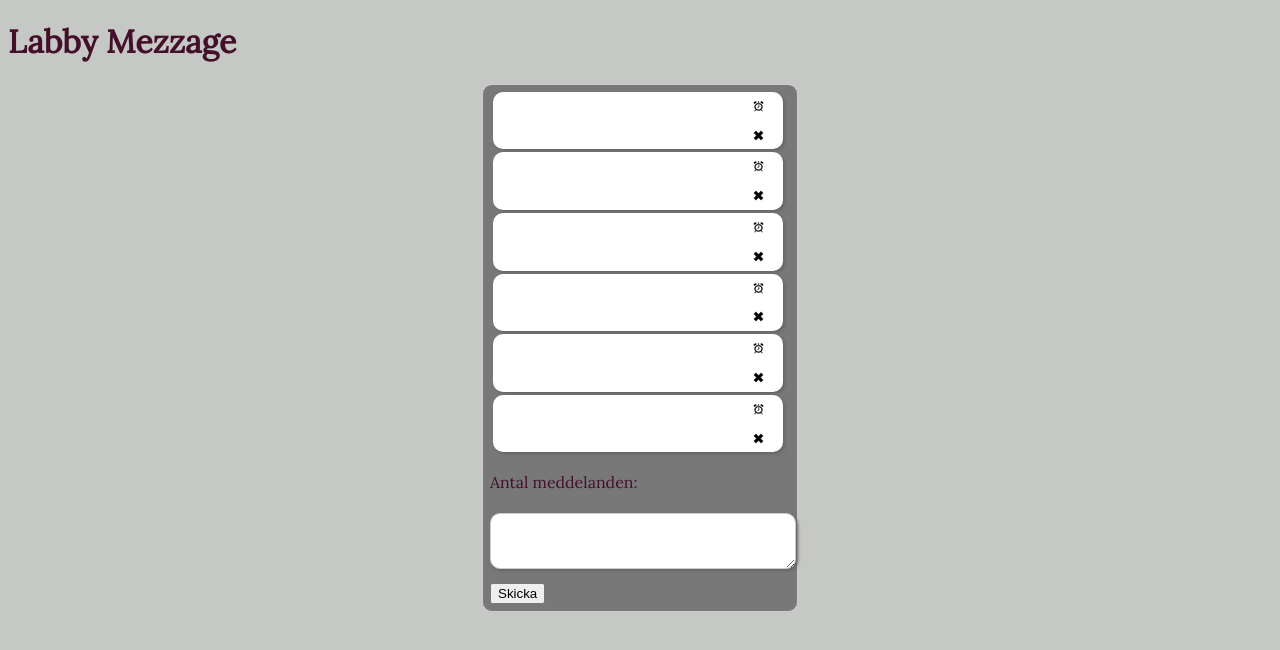
Repository: Angamanga/1dv403-laborationer
Page: 2-labbymezzage/index.html
The author's editor kept a record of every edit. The page is drawn from the files as they stood at one moment, then again after the next edit.
The browser window is 1280 px wide. The pictures show the whole page.

Above is the page before.
Console error: TypeError: Cannot read properties of null (reading 'addEventListener')

### 2-labbymezzage/index.html
<!doctype html>
<html lang="sv">

<head>
    <meta charset="utf-8" />
    <title>Anna I:s sajt</title>
    <link href='//fonts.googleapis.com/css?family=Lora|Open+Sans+Condensed:300|Amatic+SC' rel='stylesheet' type='text/css'>
    <link rel="stylesheet" media="screen and (min-width:501px)" href="css/style.css">
    <link rel="stylesheet" media="screen and (max-width:500px)" href="css/mobile.css">
    <meta name="viewport" content="width=device-width, minimum-scale=1">

   <script src="js/message.js"></script>
    <script src="js/script.js"></script>
    <title>Webbteknik 1, Laboration 2</title>
</head>

<body>


        <header>
            <h1>Labby Mezzage</h1>
        </header>
        <main>


            <div class="container">

             <div class ="messages">
                <img src="pics/14.png" alt="tid"></img>
                <img src="pics/12.png" alt="radera meddelande"></img>
             </div>
              <div class ="messages">
                <img src="pics/14.png" alt="tid"></img>
                <img src="pics/12.png" alt="radera meddelande"></img>
             </div>
               <div class ="messages">
                <img src="pics/14.png" alt="tid"></img>
                <img src="pics/12.png" alt="radera meddelande"></img>
             </div>
             <div class ="messages">
                <img src="pics/14.png" alt="tid"></img>
                <img src="pics/12.png" alt="radera meddelande"></img>
             </div>
              <div class ="messages">
                <img src="pics/14.png" alt="tid"></img>
                <img src="pics/12.png" alt="radera meddelande"></img>
             </div>
               <div class ="messages">
                <img src="pics/14.png" alt="tid"></img>
                <img src="pics/12.png" alt="radera meddelande"></img>
             </div>
             <div><p class ="counter">Antal meddelanden: </p></div>
           <textarea class="messageInput"></textarea>
           <input type ="submit" class="submitMessage" value="Skicka"/>
            </div>

        </main>

        <footer>
        </footer>
    </div>
</body>

</html>

### 2-labbymezzage/css/style.css
article,
aside,
details,
figcaption,
figure,
footer,
header,
hgroup,
main,
menu,
nav,
section {
    display: block;
}
/*@media screen and (min-width: 501px)*/

body {
    background: #C6C8C5;
    color: #430F29;
    font-family: Lora, 'Palatino Linotype', Palatino, serif;
}

.container {
    Width: 300px;
    margin: 0 auto;
    text-align: justify;
    line-height: 1.8em;
    margin: 0 auto;
    background: #787878;
    border: 1px solid #ccc;
    -moz-border-radius: 10px;
    -webkit-border-radius: 10px;
    border-radius: 10px;
    padding: 4px 7px;
    outline: 0;
    -webkit-appearance: none;
}
.messageInput {
    width:290px;
    border: 1px solid #ccc;
    -moz-border-radius: 10px;
    -webkit-border-radius: 10px;
    border-radius: 10px;
    -moz-box-shadow: 2px 2px 3px #666;
    -webkit-box-shadow: 2px 2px 3px #666;
    box-shadow: 2px 2px 3px #666;
    font-size: 20px;
    padding: 4px 7px;
    outline: 0;
    -webkit-appearance: none;
}
.messageInput:focus {
    border-color: #339933;
}
.messages{
    width:290px;
     border: 1px #C6C8C5;
     background:white;
    -moz-border-radius: 10px;
    -webkit-border-radius: 10px;
    border-radius: 10px;
    -moz-box-shadow: 2px 2px 3px #666;
    -webkit-box-shadow: 2px 2px 3px #666;
     margin:3px;
    outline: 0;
    -webkit-appearance: none;
    }
 div.messages img{
   margin-left:260px;
}

### 2-labbymezzage/js/message.js
"use strict";

function Message(message, date){

	this.getText = function(){
		return message;
	}
	this.setText = function(_text){
		message = _text;
	}

	this.getDate = function(){
		return date;
	}
	this.setDate = function(_date){
		date = _date
	}
}

Message.prototype.toString = function(first_argument) {
	return this.getText() + " (" + this.getDate() + " )";
};
Message.prototype.getText = function(first_argument) {
	// body...
};
Message.prototype.setText = function(first_argument) {
	// body...
};
Message.prototype.getDate = function(first_argument) {
	// body...
};
Message.prototype.setDate = function(first_argument) {
	// body...
};
Message.prototype.getHTMLtext = function(first_argument) {
	// body...
};

### 2-labbymezzage/js/script.js

"use strict"

window.onload = function(){

var MessageBoard = {
    messages:[],
    init:function(e){
var message = new Message();
    }
	};
MessageBoard.init();


var messageInput = document.querySelector(".messageInput");
var submitMessage = document.querySelector(".submitMessage");
var messages = document.querySelector(".messages");
var p = document.querySelector(".counter")
submitMessage.addEventListener("click", function(e){
var txt = messageInput.value;
var dte = new Date();
var msg = new Message(txt,dte);
MessageBoard.messages.push(msg);
p.innerHTML = "Antal meddelanden: " + MessageBoard.messages.length;
console.log(txt);
console.log(dte);
console.log(msg);
console.log(MessageBoard.messages[0].getText());
console.log(MessageBoard.messages.toString());

});

var showDate = document.querySelector(".showDate");
showDate.addEventListener("click",function(e){
    alert("Inlagget skapades den" + this.getDate());            //kolla upp!
    }
);
};

### 2-labbymezzage/css/mobile.css
/*@media screen and (max-width: 500px)*/

body{
    background:#C6C8C5;
}

After the next edit:
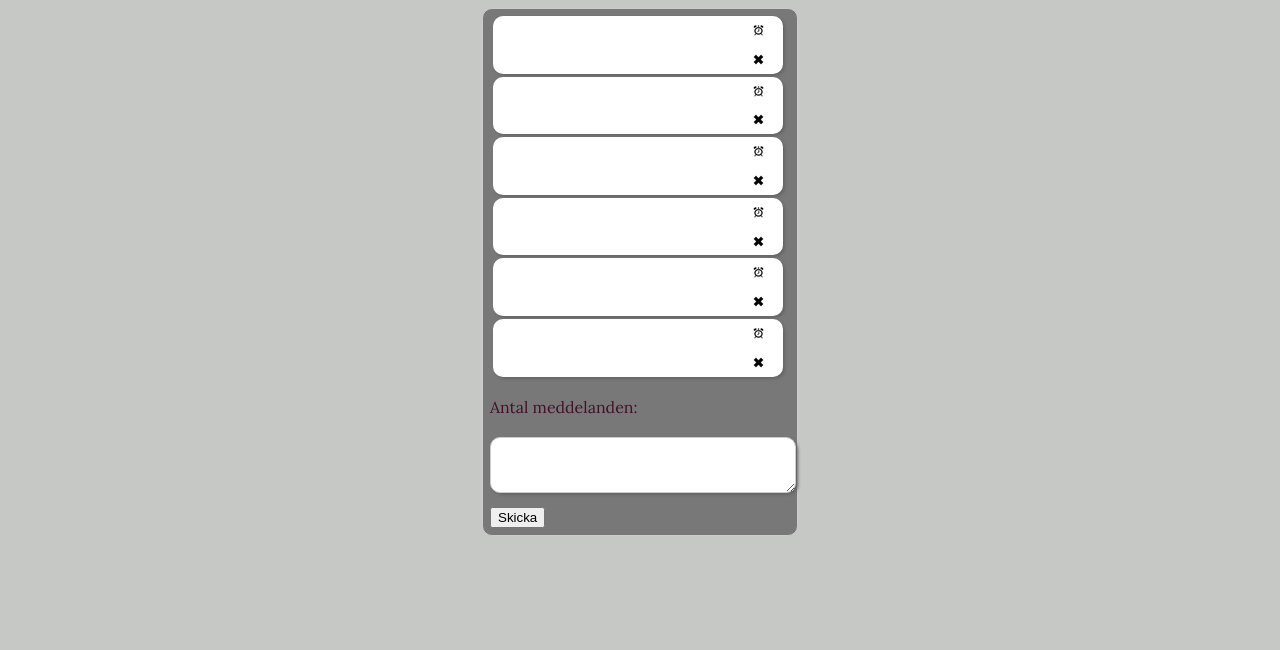
The edit:
--- a/2-labbymezzage/index.html
+++ b/2-labbymezzage/index.html
@@ -17,9 +17,7 @@
 <body>
 
 
-        <header>
-            <h1>Labby Mezzage</h1>
-        </header>
+
         <main>
 
 
